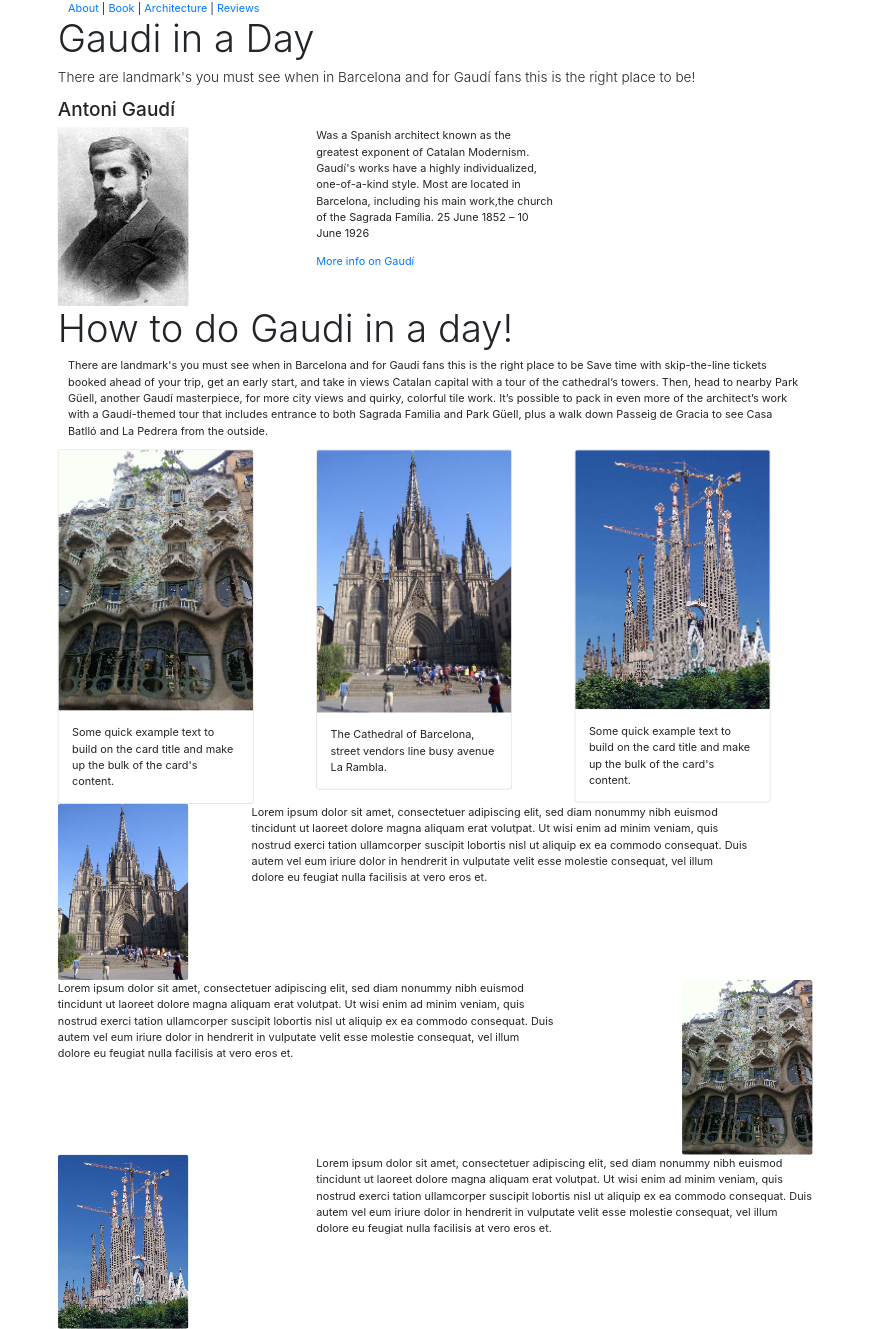
Repository: Taitdanielle/Milestone1
Page: index.html
The author's editor kept a record of every edit. The page is drawn from the files as they stood at one moment, then again after the next edit.
The browser window is 1280 px wide. The pictures show the whole page, at 68% of full size.

Above is the page before.

After the next edit:
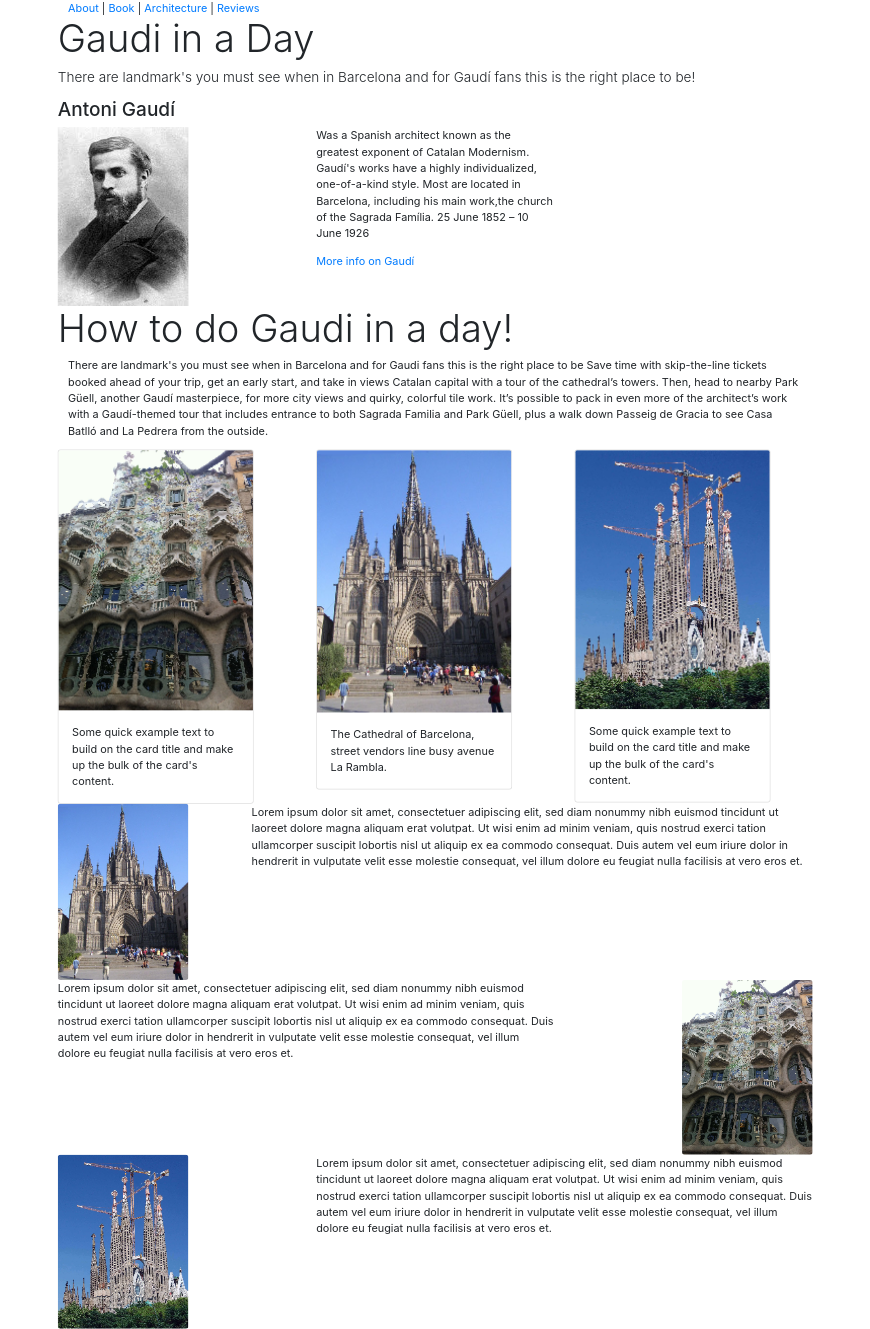
The edit:
--- a/index.html
+++ b/index.html
@@ -89,7 +89,7 @@
             <div class="col-md-3">
                 <img src="images/Sta-eulalia.jpg" class="rounded float-left" alt="barrigotic building">
             </div>
-            <div class="col-md-8">
+            <div class="col-md-9">
                 <p>Lorem ipsum dolor sit amet, consectetuer adipiscing elit, sed diam nonummy nibh euismod tincidunt ut laoreet dolore magna aliquam erat volutpat. Ut wisi enim ad minim veniam, quis nostrud exerci tation ullamcorper suscipit lobortis nisl
                     ut aliquip ex ea commodo consequat. Duis autem vel eum iriure dolor in hendrerit in vulputate velit esse molestie consequat, vel illum dolore eu feugiat nulla facilisis at vero eros et.</p>
             </div>
